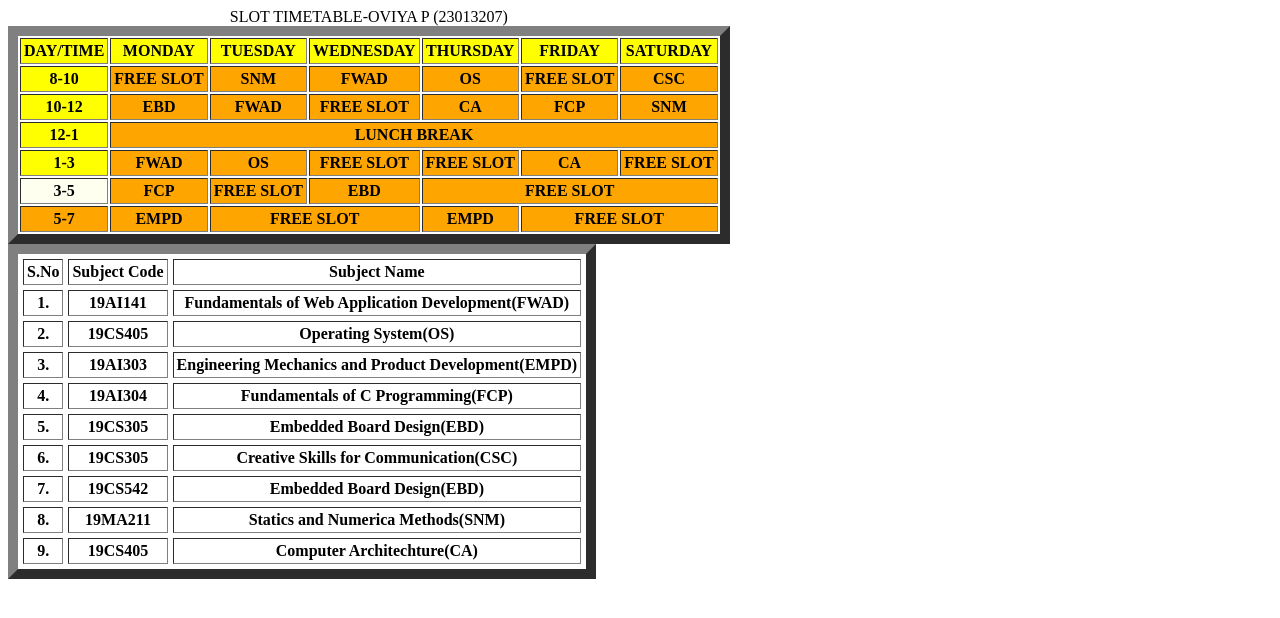
Repository: Oviya24032K6/slot
Page: oviya/static/time.html
The author's editor kept a copy of each file at every save. The page is drawn from the files as they stood at one save, then again after the next save.
The browser window is 1280 px wide. The pictures show the whole page.

Above is the page before, as saved 2024-03-15 20:39:04.

### oviya/static/time.html
<html>
    <head>
        <title>SLOT TIMETABLE-OVIYA P (23013207)</title>
    </head>
    <body bgcolor="white" align="center" >
    <table align="left" border="10" cellspacing="2" cellpadding="3">
    <caption>SLOT TIMETABLE-OVIYA P (23013207)</caption>
        <tr>
            <th bgcolor="yellow">DAY/TIME</th>
            <th bgcolor="yellow">MONDAY</th>
            <th bgcolor="yellow">TUESDAY</th>
            <th bgcolor="yellow">WEDNESDAY</th>
            <th bgcolor="yellow">THURSDAY</th>
            <th bgcolor="yellow">FRIDAY</th>
            <th bgcolor="yellow">SATURDAY</th>
        </tr>
        <tr>
            <th bgcolor="yellow">8-10</th>
            <th bgcolor="orange">FREE SLOT</th>
            <th bgcolor="orange">SNM</th>
            <th bgcolor="orange">FWAD</th>
            <th bgcolor="orange">OS</th>
            <th bgcolor="orange">FREE SLOT</th>
            <th bgcolor="orange">CSC</th>
        </tr>
        <tr>
            <th bgcolor="yellow">10-12</th>
            <th bgcolor="orange">EBD</th>
            <th bgcolor="orange">FWAD</th>
            <th bgcolor="orange">FREE SLOT</th>
            <th bgcolor="orange">CA</th>
            <th bgcolor="orange">FCP</th>
            <th bgcolor="orange">SNM</th>
        </tr>
        <tr>
            <th bgcolor="yellow">12-1</th>
            <th bgcolor="orange" colspan="6">LUNCH BREAK</th>
        </tr>
        <tr>
            <th bgcolor="yellow">1-3</th>
            <th bgcolor="orange">FWAD</th>
            <th bgcolor="orange">OS</th>
            <th bgcolor="orange">FREE SLOT</th>
            <th bgcolor="orange">FREE SLOT</th>
            <th bgcolor="orange">CA</th>
            <th bgcolor="orange">FREE SLOT</th>
        </tr>
        <tr>
            <th bgcolor="ivory">3-5</th>
            <th bgcolor="orange">FCP</th>
            <th bgcolor="orange">FREE SLOT</th>
            <th bgcolor="orange">EBD</th>
            <th bgcolor="orange" colspan="4">FREE SLOT</th>
        </tr>
        <tr>
            <th bgcolor="orange">5-7</th>
            <th bgcolor="orange" >EMPD</th>
            <th bgcolor="orange" colspan="2">FREE SLOT</th>
            <th bgcolor="orange" >EMPD</th>
            <th bgcolor="orange" colspan="2">FREE SLOT</th>

        </tr>

    </table>
    <br>
    <br>
    <table align="left" border="10" cellspacing="5" cellpadding="3">
        <tr>
            <th>S.No</th>
            <th>Subject Code</th>
            <th>Subject Name</th>
        </tr>
        <tr>
            <th>1.</th>
            <th>19AI141</th>
            <th>Fundamentals of Web Application Development(FWAD)</th>
        </tr>
        <tr>
            <th>2.</th>
            <th>19CS405</th>
            <th>Operating System(OS)</th>
        </tr>
        <tr>
            <th>3.</th>
            <th>19AI303</th>
            <th>Engineering Mechanics and Product Development(EMPD)</th>
        </tr>
        <tr>
            <th>4.</th>
            <th>19AI304</th>
            <th>Fundamentals of C Programming(FCP)</th>
        </tr>
        <tr>
            <th>5.</th>
            <th>19CS305</th>
            <th>Embedded Board Design(EBD)</th>
        </tr>
        <tr>
            <th>6.</th>
            <th>19CS305</th>
            <th>Creative Skills for Communication(CSC)</th>
        </tr>
        <tr>
            <th>7.</th>
            <th>19CS542</th>
            <th>Embedded Board Design(EBD)</th>
        </tr>
        <tr>
            <th>8.</th>
            <th>19MA211</th>
            <th>Statics and Numerica Methods(SNM)</th>
        </tr>
        <tr>
            <th>9.</th>
            <th>19CS405</th>
            <th>Computer Architechture(CA)</th>
        </tr>
    </table>
</body>
</html>
</html>

After the next save:
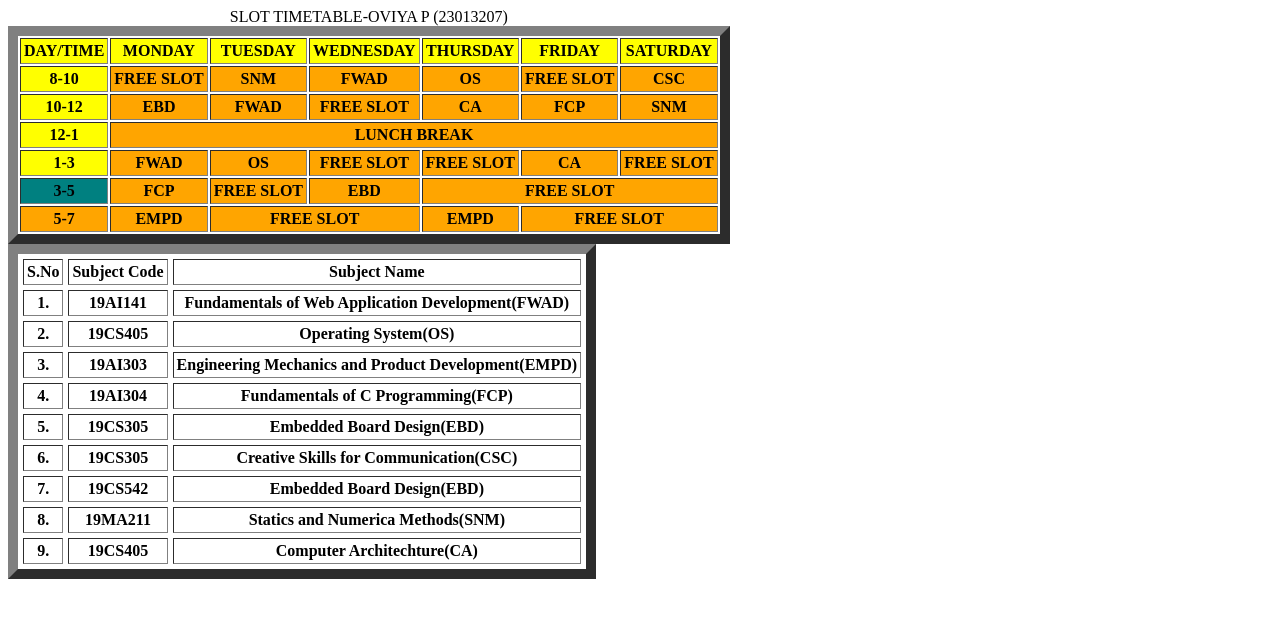
Saved 24 s later.
--- a/oviya/static/time.html
+++ b/oviya/static/time.html
@@ -46,7 +46,7 @@
             <th bgcolor="orange">FREE SLOT</th>
         </tr>
         <tr>
-            <th bgcolor="ivory">3-5</th>
+            <th bgcolor="teal">3-5</th>
             <th bgcolor="orange">FCP</th>
             <th bgcolor="orange">FREE SLOT</th>
             <th bgcolor="orange">EBD</th>
